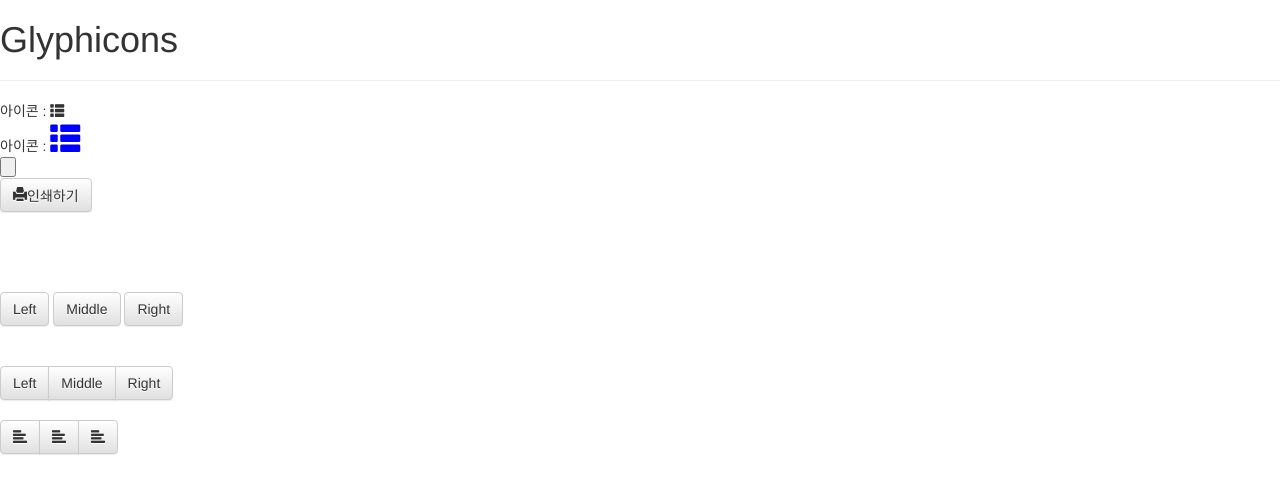
Repository: yhj4130/BootstrapStudy
Page: BootstrapWork/WebContent/BootEx08.html
An editor plug-in stored every save of this project. The page is shown before and after the next save, followed by the edit.
The browser window is 1280 px wide. The pictures show the whole page.

Above is the page before, as saved 2019-06-12 05:28:06.

After the next save:
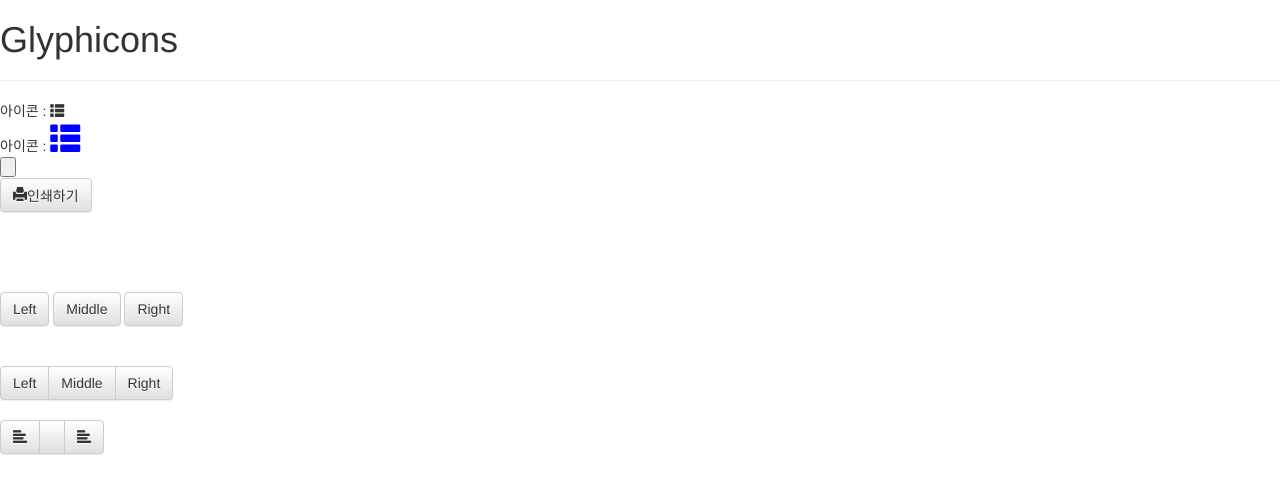
Saved 7 s later.
--- a/BootstrapWork/WebContent/BootEx08.html
+++ b/BootstrapWork/WebContent/BootEx08.html
@@ -67,7 +67,7 @@
 		<span class="glyphicon glyphicon-align-left"></span>
 	</button>
 	<button type="button" class="btn btn-default">
-		<span class="glyphicon glyphicon-align-left"></span>
+		<span class="glyphicon glyphicon-align-middle"></span>
 	</button>
 	<button type="button" class="btn btn-default">
 		<span class="glyphicon glyphicon-align-left"></span>
